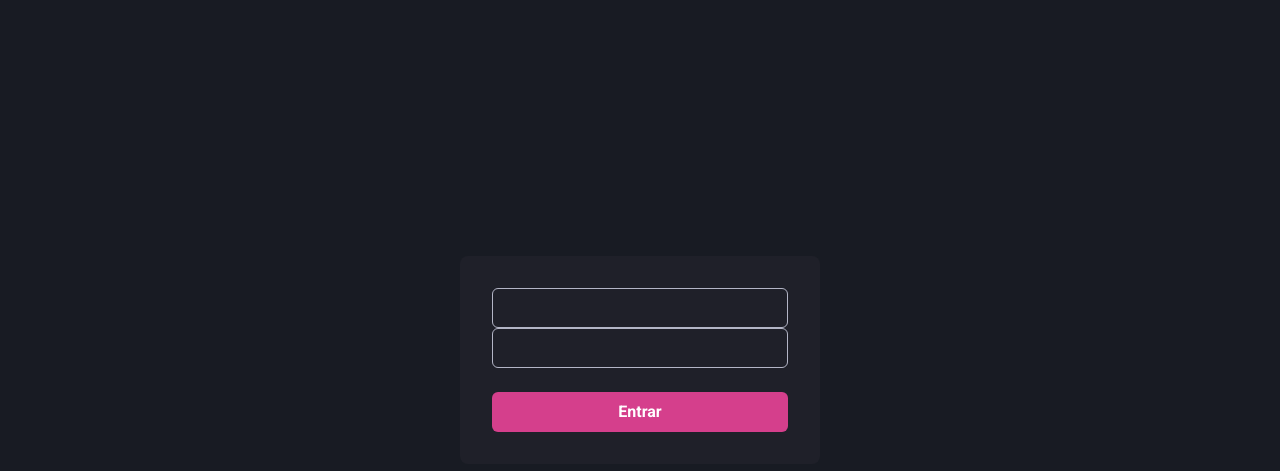
Repository: viniciusfg05/DashGo
Page: /
The author's editor kept a copy of each file at every save. The page is drawn from the files as they stood at one save, then again after the next save.
The browser window is 1280 px wide. The pictures show the whole page.
The project was rebuilt for these pictures with package versions that can differ from the ones it lists, and the page was loaded fresh each time. The framework's server and built-in components were replaced by stand-ins that run in the browser. Also part of the build but not shown: next.config.js.

Above is the page before, as saved 2022-03-24 15:03:04.

After the next save:
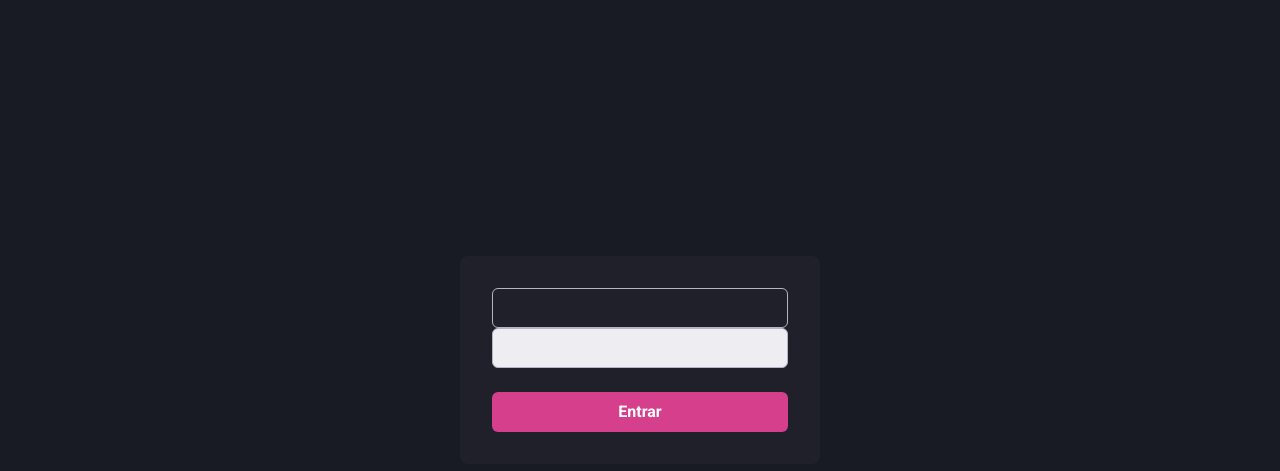
Saved 54 s later.
--- a/src/pages/index.tsx
+++ b/src/pages/index.tsx
@@ -27,7 +27,7 @@
         name="password"
         type="password"
         focusBorderColor="pink.500"
-        bgColor="gray-50"
+        bgColor="gray.50"
         />
 
         <Button type="submit" colorScheme="pink" mt="6">

After the save that followed:
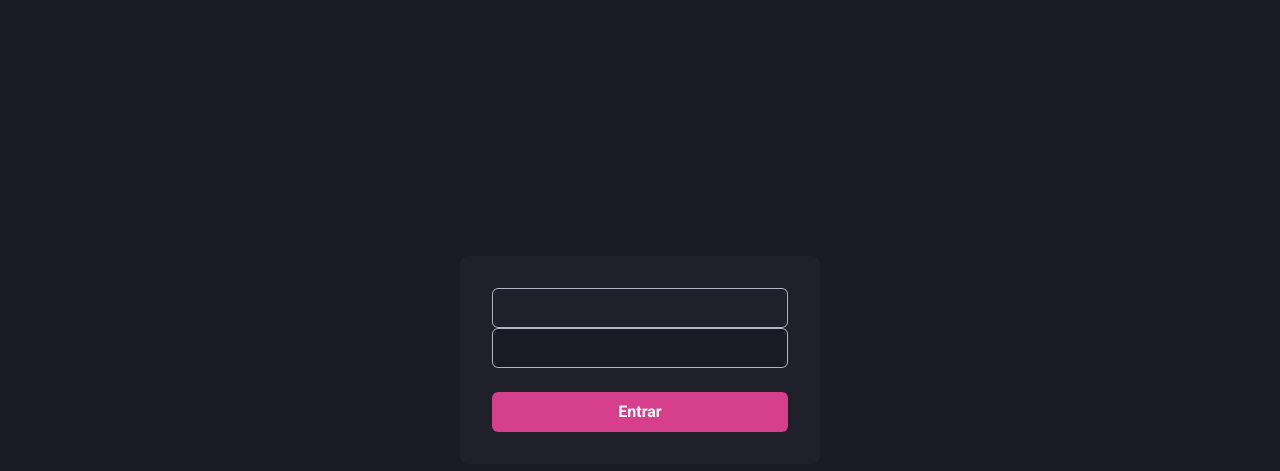
Saved 11 s later.
--- a/src/pages/index.tsx
+++ b/src/pages/index.tsx
@@ -27,7 +27,7 @@
         name="password"
         type="password"
         focusBorderColor="pink.500"
-        bgColor="gray.50"
+        bgColor="gray.900"
         />
 
         <Button type="submit" colorScheme="pink" mt="6">
